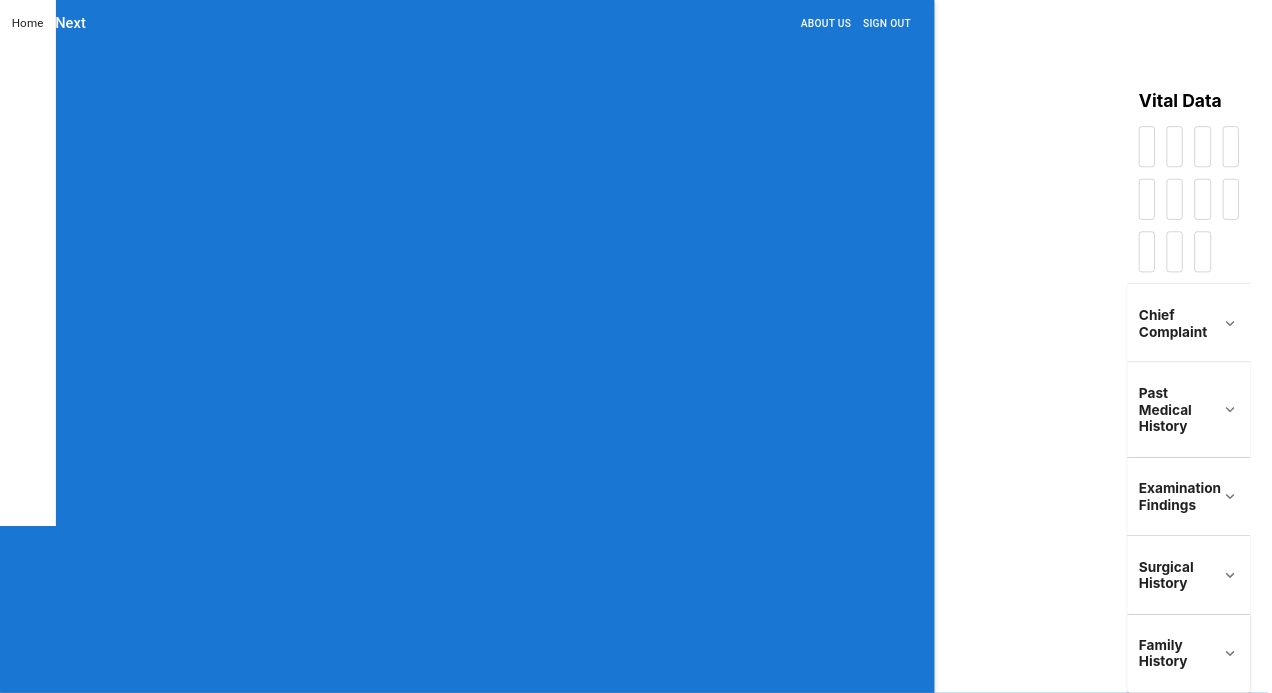
Repository: sshaiv/demo_project
Page: /
An editor plug-in stored every save of this project. The page is shown before and after the next save, followed by the edit.
The browser window is 1280 px wide. The page is 1737 px wide, then 1743 px, so the pictures cover 1743 px, including what lies to the right of the window. The pictures show the whole page, at 73% of full size.
The project was rebuilt for these pictures with package versions that can differ from the ones it lists, and the page was loaded fresh each time.

Above is the page before, as saved 2024-08-12 19:48:33.

### src/App.js
import React from 'react';
import { Container, Box } from '@mui/material';
import Header from './components/Header';
import Sidebar from './components/Sidebar';
import VitalData from './components/VitalData';
import AccordionSection from './components/AccordionSection';

const App = () => {
  return (
    <div style={{ display: 'flex' }}>
      <Header />
      <Sidebar />
      <Container style={{ marginTop: '64px', marginLeft: '240px' }}>
        <Box mt={3}>
          <VitalData />
          <AccordionSection title="Chief Complaint" />
          <AccordionSection title="Past Medical History" />
          <AccordionSection title="Examination Findings" />
          <AccordionSection title="Surgical History" />
          <AccordionSection title="Family History" />
        </Box>
      </Container>
    </div>
  );
}

export default App;

### src/components/Header.js
import React from 'react';
import AppBar from '@mui/material/AppBar';
import Toolbar from '@mui/material/Toolbar';
import Typography from '@mui/material/Typography';
import Button from '@mui/material/Button';

const Header = () => {
  return (
    <AppBar position="static">
      <Toolbar>
        <Typography variant="h6" style={{ flexGrow: 1 }}>
          MedoNext
        </Typography>
        <Button color="inherit">About Us</Button>
        <Button color="inherit">Sign Out</Button>
      </Toolbar>
    </AppBar>
  );
}

export default Header;

### src/components/Sidebar.js
import React from 'react';
import { Drawer, List, ListItem, ListItemText } from '@mui/material';

const Sidebar = () => {
  return (
    <Drawer variant="permanent">
      <List>
        <ListItem button>
          <ListItemText primary="Home" />
        </ListItem>
        {/* Add other menu items here */}
      </List>
    </Drawer>
  );
}

export default Sidebar;

### src/components/VitalData.js
import React from 'react';
import { TextField, Grid } from '@mui/material';

const VitalData = () => {
  return (
    <div style={{ padding: 16 }}>
      <h2>Vital Data</h2>
      <Grid container spacing={2}>
        <Grid item xs={12} sm={6} md={3}>
          <TextField label="Height (In Cm)" fullWidth />
        </Grid>
        <Grid item xs={12} sm={6} md={3}>
          <TextField label="Weight (In Kg)" fullWidth />
        </Grid>
        <Grid item xs={12} sm={6} md={3}>
          <TextField label="BMI" fullWidth />
        </Grid>
        <Grid item xs={12} sm={6} md={3}>
          <TextField label="BP Systolic" fullWidth />
        </Grid>
        <Grid item xs={12} sm={6} md={3}>
          <TextField label="BP Diastolic" fullWidth />
        </Grid>
        <Grid item xs={12} sm={6} md={3}>
          <TextField label="Temp. (F)" fullWidth />
        </Grid>
        <Grid item xs={12} sm={6} md={3}>
          <TextField label="Pulse" fullWidth />
        </Grid>
        <Grid item xs={12} sm={6} md={3}>
          <TextField label="R.R." fullWidth />
        </Grid>
        <Grid item xs={12} sm={6} md={3}>
          <TextField label="Head Circumference (In Inch)" fullWidth />
        </Grid>
        <Grid item xs={12} sm={6} md={3}>
          <TextField label="SpO2 (%)" fullWidth />
        </Grid>
        <Grid item xs={12} sm={6} md={3}>
          <TextField label="Pain Score" fullWidth />
        </Grid>
      </Grid>
    </div>
  );
}

export default VitalData;

### src/components/AccordionSection.js
import React from 'react';
import { Accordion, AccordionSummary, AccordionDetails, TextField } from '@mui/material';
import ExpandMoreIcon from '@mui/icons-material/ExpandMore';

const AccordionSection = ({ title }) => {
  return (
    <Accordion>
      <AccordionSummary expandIcon={<ExpandMoreIcon />}>
        <h3>{title}</h3>
      </AccordionSummary>
      <AccordionDetails>
        <TextField label={`Search ${title}`} fullWidth />
      </AccordionDetails>
    </Accordion>
  );
}

export default AccordionSection;

### src/components/MedicineSection.js
import React from 'react';
import { Accordion, AccordionSummary, AccordionDetails, TextField, Grid, Button } from '@mui/material';
import ExpandMoreIcon from '@mui/icons-material/ExpandMore';

const MedicineSection = () => {
  return (
    <Accordion>
      <AccordionSummary expandIcon={<ExpandMoreIcon />}>
        <h3>Medicine</h3>
      </AccordionSummary>
      <AccordionDetails>
        <Grid container spacing={2}>
          <Grid item xs={12} sm={6}>
            <TextField label="Search Medicine" fullWidth />
          </Grid>
          <Grid item xs={12} sm={6}>
            <TextField label="Search Generic Medicine" fullWidth />
          </Grid>
          <Grid item xs={12} sm={6}>
            <TextField label="Template" fullWidth />
          </Grid>
          <Grid item xs={12} sm={6}>
            <Button variant="contained">Create New Template</Button>
          </Grid>
        </Grid>
      </AccordionDetails>
    </Accordion>
  );
}

export default MedicineSection;

### src/components/FollowUpSection.js
import React from 'react';
import { Accordion, AccordionSummary, AccordionDetails, TextField, Grid, Button } from '@mui/material';
import ExpandMoreIcon from '@mui/icons-material/ExpandMore';

const FollowUpSection = () => {
  return (
    <Accordion>
      <AccordionSummary expandIcon={<ExpandMoreIcon />}>
        <h3>Follow Up</h3>
      </AccordionSummary>
      <AccordionDetails>
        <Grid container spacing={2}>
          <Grid item xs={12} sm={6}>
            <TextField label="Date Time" fullWidth />
          </Grid>
          <Grid item xs={12} sm={6}>
            <TextField label="Remark" fullWidth />
          </Grid>
          <Grid item xs={12} sm={6}>
            <TextField label="Refer Doctor" fullWidth />
          </Grid>
          <Grid item xs={12} sm={6}>
            <TextField label="Remark" fullWidth />
          </Grid>
          <Grid item xs={12}>
            <Button variant="contained">Follow Up Save</Button>
          </Grid>
        </Grid>
      </AccordionDetails>
    </Accordion>
  );
}

export default FollowUpSection;

Loaded but not shown: public/index.html (common file); src/index.js (common file); src/index.css (common file)

After the next save:
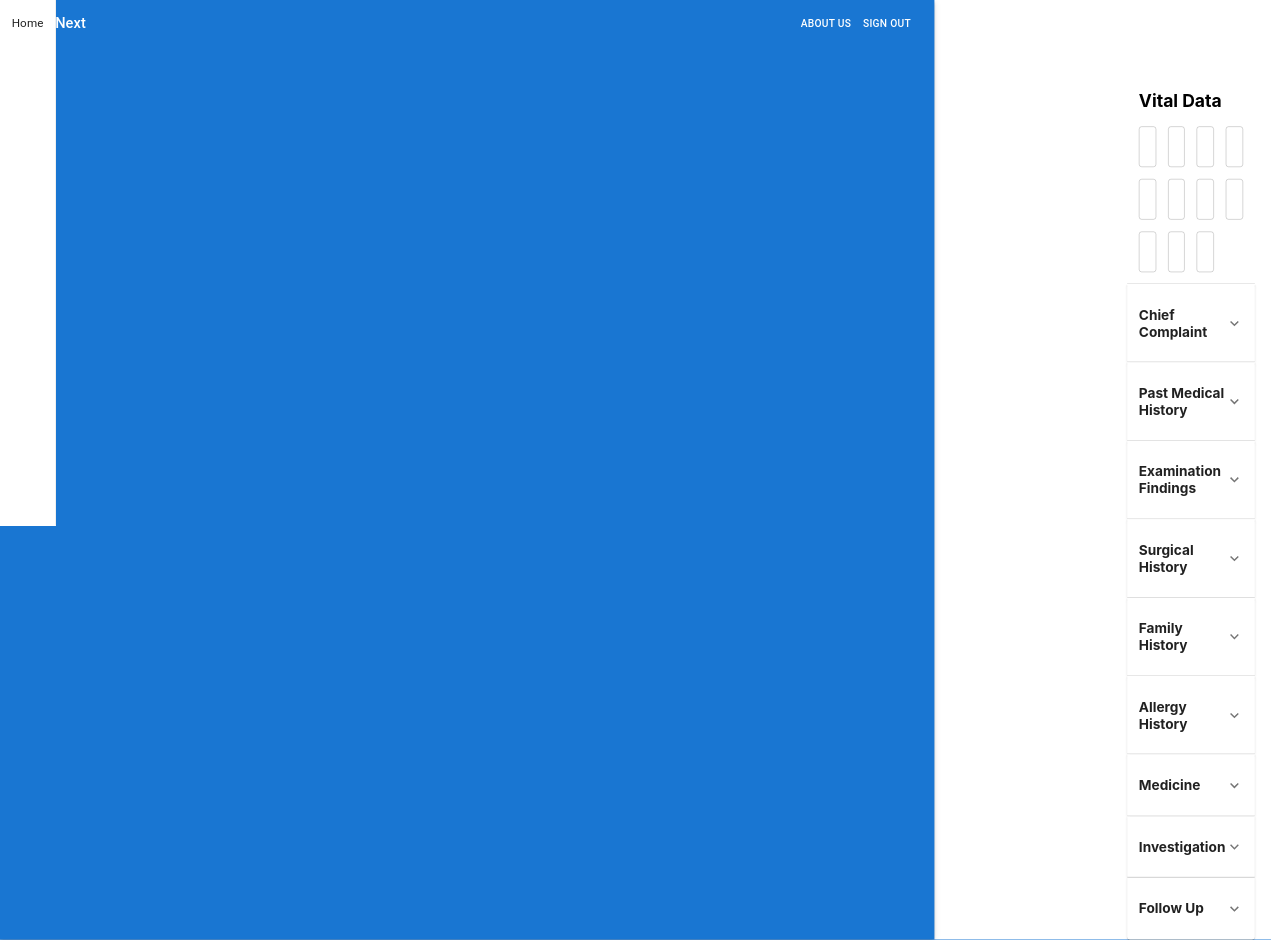
Saved 12 s later.
--- a/src/App.js
+++ b/src/App.js
@@ -4,6 +4,8 @@ import Header from './components/Header';
 import Sidebar from './components/Sidebar';
 import VitalData from './components/VitalData';
 import AccordionSection from './components/AccordionSection';
+import MedicineSection from './components/MedicineSection';
+import FollowUpSection from './components/FollowUpSection';
 
 const App = () => {
   return (
@@ -18,6 +20,10 @@ const App = () => {
           <AccordionSection title="Examination Findings" />
           <AccordionSection title="Surgical History" />
           <AccordionSection title="Family History" />
+          <AccordionSection title="Allergy History" />
+          <MedicineSection />
+          <AccordionSection title="Investigation" />
+          <FollowUpSection />
         </Box>
       </Container>
     </div>
